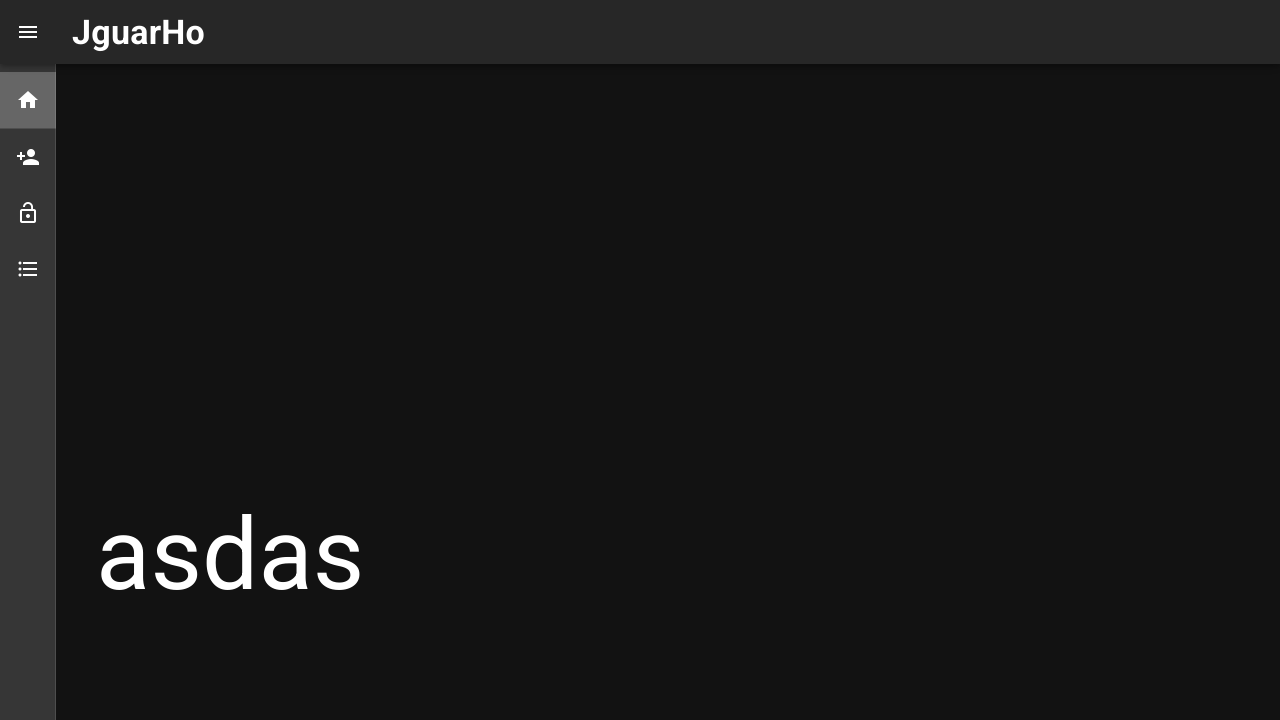
Repository: agent501/MRMS
Page: /
The author's editor kept a copy of each file at every save. The page is drawn from the files as they stood at one save, then again after the next save.
The browser window is 1280 px wide. The pictures show the whole page.
The page's requests for data from a server got no answer. The project was rebuilt for these pictures with package versions that can differ from the ones it lists, and the page was loaded fresh each time. No one was signed in, and anything a server would have sent is missing. Also part of the build but not shown: vue.config.js, src/components/Product/products.vue, src/components/Product/product.vue, src/components/Product/createproduct.vue, src/components/User/signin.vue, src/components/User/signup.vue, src/components/User/profile.vue, src/components/Shared/Alert.vue and 2 more. Imported but missing from the stored project, and not drawn on this page: src/router/auth-guard.js.

Above is the page before, as saved 2020-07-29 16:51:43.

After the next save:
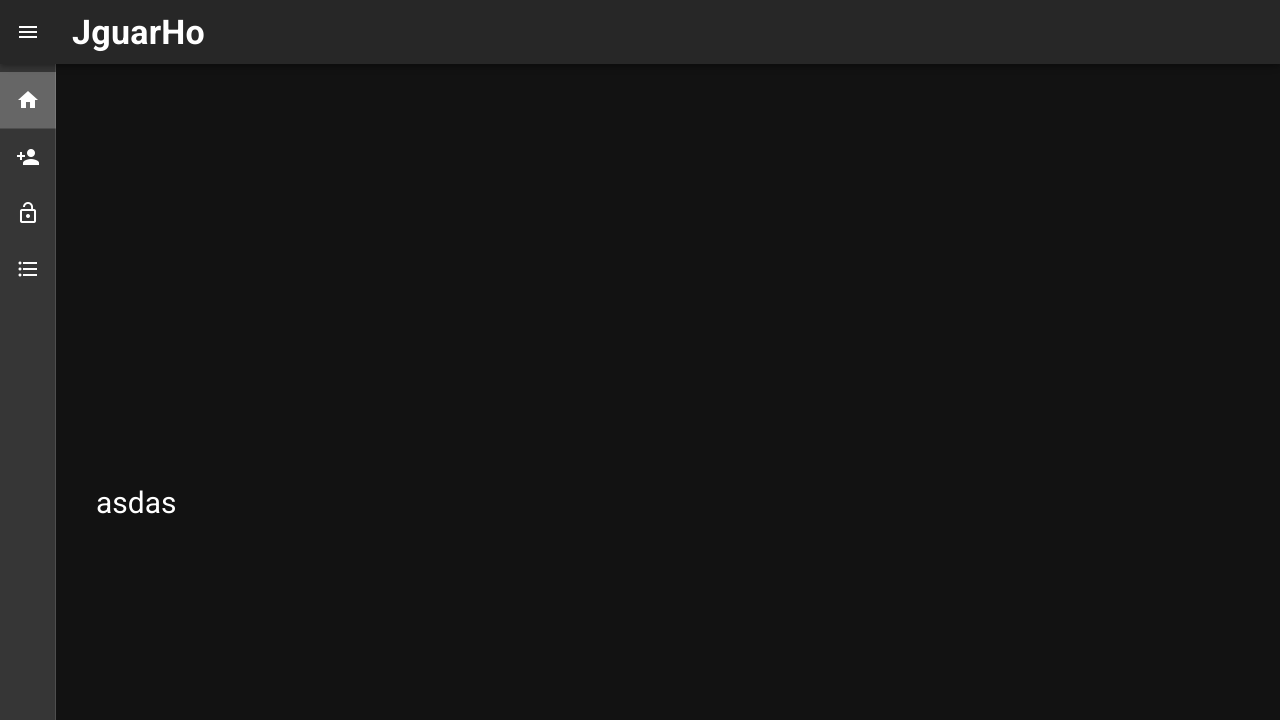
Saved 5 s later.
--- a/src/components/Home.vue
+++ b/src/components/Home.vue
@@ -34,7 +34,7 @@
     </v-carousel>
 
     <div>
-      <div style="font-size:100px">asdas</div>
+      <div style="font-size:30px">asdas</div>
     </div>
   </div>
 </template>
